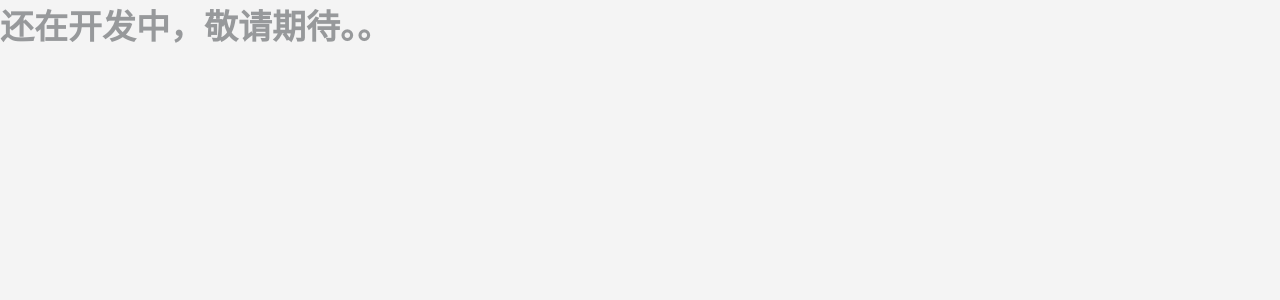
Repository: Ki-Wi-Berry/videos
Page: /#/news (app in bilibili/)
The author's editor kept a copy of each file at every save. The page is drawn from the files as they stood at one save, then again after the next save.
The browser window is 1280 px wide. The pictures show the whole page.
The page's requests for data from a server got no answer. The project was rebuilt for these pictures with package versions that can differ from the ones it lists, and the page was loaded fresh each time. No one was signed in, and anything a server would have sent is missing. Also part of the build but not shown: bilibili/vite.config.ts, bilibili/store.js, bilibili/src/components/home-page/HeadLine.vue, bilibili/src/components/home-page/ContentClassification.vue, bilibili/src/components/home-page/HotVideo.vue, bilibili/src/components/home-page/Advertising.vue, bilibili/src/components/home-page/Home.vue, bilibili/src/utils/index.js and 4 more.

Above is the page before, as saved 2022-03-28 17:39:02.

### bilibili/src/main.js
import { createApp } from 'vue'
import 'element-plus/dist/index.css'
import { ElCarouselItem, ElCarousel, ElButton, ElIcon, ElDropdown, ElDropdownMenu, ElDropdownItem } from 'element-plus'
import { ElForm, ElFormItem, ElInput } from 'element-plus'
import App from './App.vue'
import './index.css'
import router from './router'
import {createPinia}  from 'pinia'

const pinia = createPinia()
const app = createApp(App)

app.use(pinia)
app.use(ElCarouselItem)
app.use(ElCarousel)
app.use(ElButton)
app.use(ElIcon)
app.use(ElDropdown)
app.use(ElDropdownMenu)
app.use(ElDropdownItem)
app.use(router)
app.use(ElForm)
app.use(ElFormItem)
app.use(ElInput)
// app.component('el-button',ElButton);
app.mount('#app')

### bilibili/src/App.vue
<template>
  <router-view></router-view>
</template>

<script setup name= "MyApp">
</script>

### bilibili/src/index.css
*:focus {
  outline: none;
}
*:hover {
  outline: none;
}
* {
  margin: 0;
  padding: 0;
  border: 0;
  /* overflow: hidden; */
  box-sizing: border-box;
}
li {
  list-style: none;
}
a {
  color: #000000;
  text-decoration: none;
}
a:hover span {
  color: #00A1D6;
}
body {
  min-width: 1280px;
  max-width: 1280px;
  width: 100%;
  font: 1.7rem 'Microsoft YaHei';
  background-color: #F4F4F4;
}
body .app {
  display: flex;
  justify-content: center;
  width: 100%;
}
html {
  display: flex;
  justify-content: center;
  font-size: 62.5%;
  transform: scale(1);
}
.content_subdivision_dropdown_menu {
  height: 13rem;
  width: 14rem;
  display: flex;
  flex-direction: column;
  justify-content: start;
  align-items: center;
  flex-wrap: wrap;
  margin: 0;
  padding: 0;
  border: 0;
  background-color: #FFFFFF;
}
.content_subdivision_dropdown_menu .el-dropdown-menu__item {
  font-size: 1.2rem;
  height: 3rem;
  margin: 0;
  border: 0;
}
.content_subdivision_dropdown_menu .el-dropdown-menu__item:hover {
  background-color: #FFFFFF;
  color: #00A1D6;
}

### bilibili/src/router.js
import { createRouter, createWebHashHistory } from "vue-router";

import Home from './components/home-page/Home.vue'
import Login from './components/login/LoginIn.vue'
import News from './components/news/News.vue'

const router =createRouter({
    history:createWebHashHistory(),
    routes:[
        {path:'/',redirect:'/home'},
        {path:'/home',component:Home},
        {path:'/login',component:Login},
        {path:'/news',component:News},
    ]

})

export default router

### bilibili/src/components/news/News.vue
<template>
    <h1>还在开发中，敬请期待。。</h1>
</template>

<style lang="less" scoped>
h1{
    color: rgb(151, 153, 155);
}
</style>

Loaded but not shown: bilibili/index.html (common file)

After the next save:
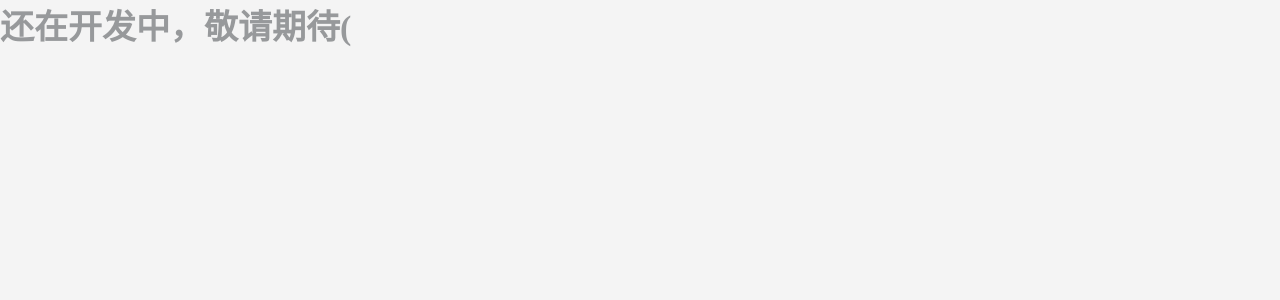
Saved 26 s later.
--- a/bilibili/src/components/news/News.vue
+++ b/bilibili/src/components/news/News.vue
@@ -1,5 +1,5 @@
 <template>
-    <h1>还在开发中，敬请期待。。</h1>
+    <h1>还在开发中，敬请期待(</h1>
 </template>
 
 <style lang="less" scoped>
